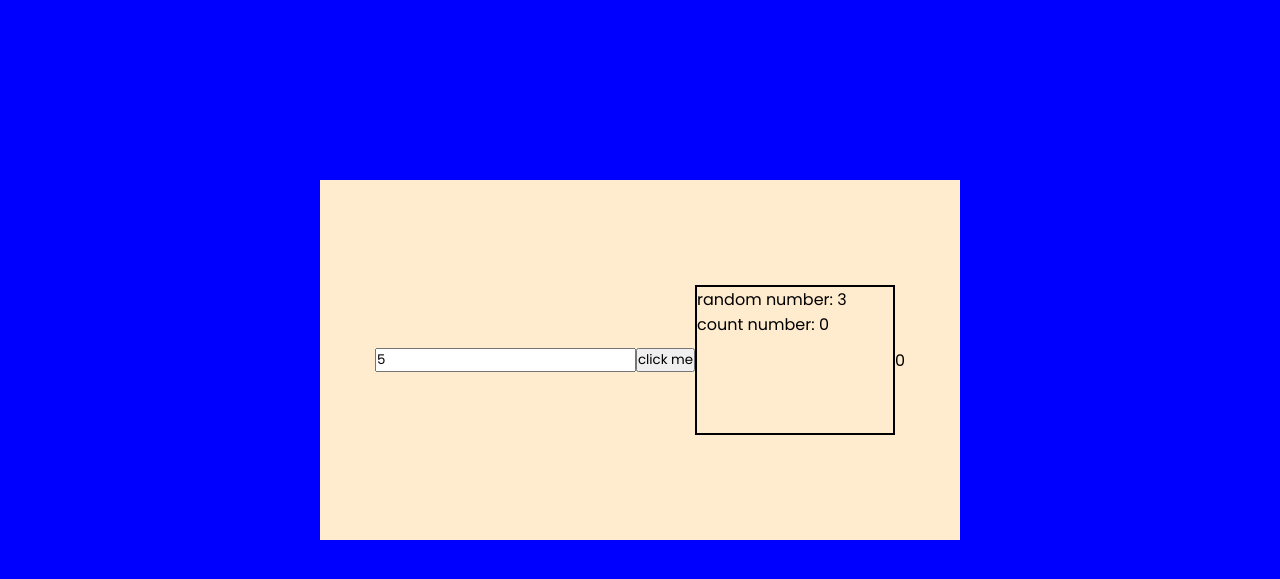
Repository: NarekTovmasyan/promise
Page: inex.html
The author's editor kept a copy of each file at every save. The page is drawn from the files as they stood at one save, then again after the next save.
The browser window is 1280 px wide. The pictures show the whole page.
Empty fields were first filled with sample values (such as "Sample", 5 or name@example.com).
After loading, the first visible `#button` was clicked once.

Above is the page before, as saved 2022-02-22 17:47:47.

### inex.html
<!DOCTYPE html>
<html lang="en">

<head>
    <meta charset="UTF-8">
    <meta http-equiv="X-UA-Compatible" content="IE=edge">
    <meta name="viewport" content="width=device-width, initial-scale=1.0">
    <title>Document</title>
    <link rel="stylesheet" href="./style.css">
</head>

<body>
    <div class="body">
        <div class="conteiner">
            <div class="main">
                <input type="number" id="value" placeholder="enter number 1-6">
                <button class="btn" id="button">click me</button>
                <div class="table" id="show-text">
                    <p class="p1"></p>
                    <p class="p2"></p>
                </div>
                <p class="sum"></p>
            </div>
        </div>
    </div>
    <script src="./script.js"></script>
</body>

</html>

### style.css
@import url('https://fonts.googleapis.com/css2?family=Poppins:wght@200;300;400;500;600;700&display=swap');
* {
    margin: 0;
    padding: 0;
    box-sizing: border-box;
    font-family: 'Poppins', sans-serif;
}

.body {
    background-color: blue;
    position: absolute;
    width: 100%;
    height: 100%;
    display: flex;
    align-items: center;
    justify-content: center;
}

.conteiner {
    background-color: blanchedalmond;
    position: relative;
    width: 50%;
    height: 50%;
    display: flex;
    align-items: center;
    justify-content: center;
}

.main {
    display: contents;
    flex-direction: row;
}


/* .btn {

} */

.table {
    border: 2px solid black;
    width: 200px;
    height: 150px;
}

### script.js
// const myBirthday = (isSick) => {
//     return new Promise(function (resolve, reject) {
//       if (!isSick) {
//         setTimeout(() => resolve(2), 2000);
//       } else {
//         reject("I dont have cake :разочарование_облегчение:");
//       }
//     });
//   };
//   const handleCake = async () => {
//     try {
//       let result = await myBirthday(true); // result = 2
//       console.log(`I have ${result} cakes :день_рождения:`);
//     } catch (err) {
//       console.log(err);
//     } finally {
//       console.log("Party");
//     }
//   };
//   handleCake();



// myBirthday(true)
//   .then((result) => console.log(`I have ${result} cakes :день_рождения:`))
//   .catch((err) => console.log(err))
//   .finally(() => console.log("Party"));


// let number = 5;

// function compare(argument) {
//     return new Promise(function(resolve, reject) {
//         if (number > argument) {
//             resolve(number)
//         } else {
//             reject(new Error("oops"))
//         }
//     })
// };
// compare(6).then(function(number) {
//     console.log(number);
// }).catch(function(error) {
//     console.log(error);
// }).finally(() => {
//     console.log("barlus");
// })

const value = document.getElementById("value");
const button = document.getElementById("button");
const p1Text = document.querySelector(".p1");
let p2Text = document.querySelector(".p2");
const sum = document.querySelector(".sum");
let showText = document.getElementById("show-text");
let totalCount = 0;

function randomNum(max) {
    return Math.floor(Math.random() * max) + 1;
}

button.addEventListener("click", function() {
    let random = randomNum(6);

    //let inputValue = "";
    if (Number(value.value) > 6 || Number(value.value) < 1) {
        showText.innerText = "";
        alert("enter chisht number, 1-6")
    } else {
        inputValue = Number(value.value);
        p1Text.innerText = "random number: " + random;
    }
    let count = 0;
    if (inputValue === random) {
        count += 2;
    } else if (Math.abs(inputValue - random) === 1) {
        count += 1;
    } else {
        count += 0;
    }
    totalCount += count;
    p2Text.innerText = `count number: ${count}`;
    sum.innerText = totalCount;

    // let arr = [];
    // let sum1 = arr.reduce((a, b) => {
    //     return a + b;
    // }, "");
    // sum.innerText = sum1;


    // let usersByLikes = myUsers.reduce(function(arg, el) {
    //     console.log("arg", arg);
    //     console.log("el", el);
    //     arg.push({
    //         [el.name]: el.likes,
    //     });
    //     return arg;
    // }, []);
})

After the next save:
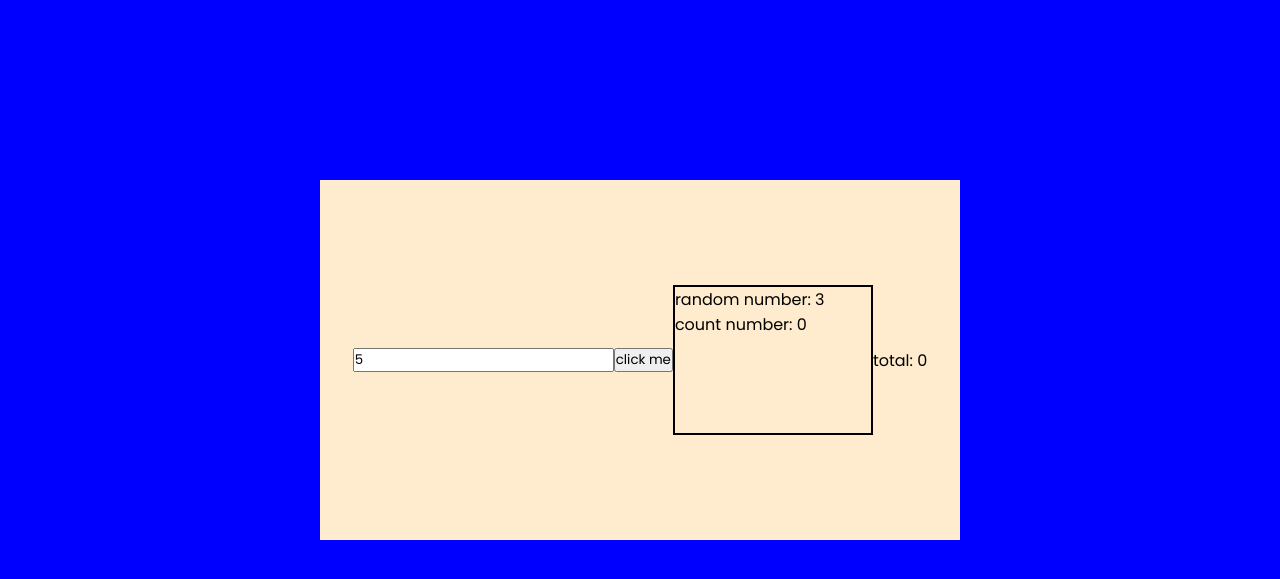
Saved 42 s later.
--- a/script.js
+++ b/script.js
@@ -79,7 +79,7 @@ button.addEventListener("click", function() {
     }
     totalCount += count;
     p2Text.innerText = `count number: ${count}`;
-    sum.innerText = totalCount;
+    sum.innerText = `total: ${totalCount}`;
 
     // let arr = [];
     // let sum1 = arr.reduce((a, b) => {
